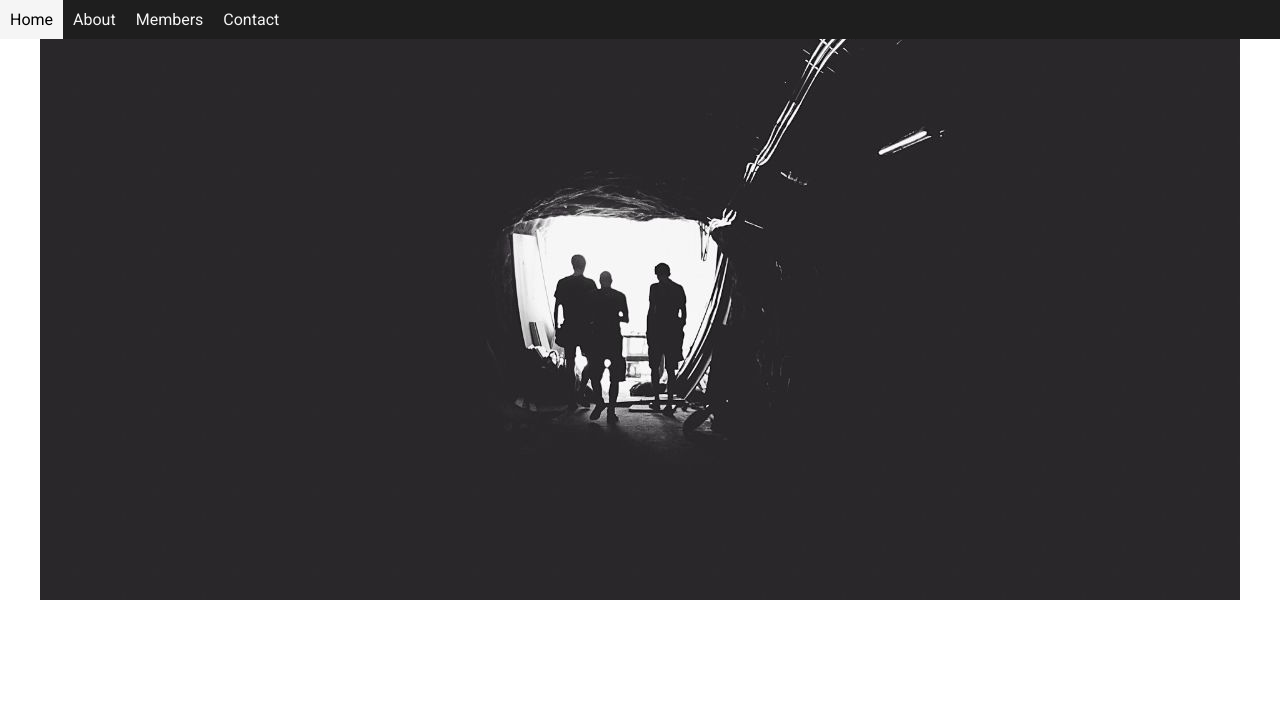
Repository: hieu-22/w3_band_UI
Page: index.html
An editor plug-in stored every save of this project. The page is shown before and after the next save, followed by the edit.
The browser window is 1280 px wide. The pictures show the whole page.

Above is the page before, as saved 2022-12-30 09:15:43.

### index.html
<!DOCTYPE html>
<html lang="en">
<head>
    <meta charset="UTF-8">
    <meta http-equiv="X-UA-Compatible" content="IE=edge">
    <meta name="viewport" content="width=device-width, initial-scale=1.0">
    <title>The band - by w3school</title>
    <link rel="stylesheet" href="assets/css/style.css">
    <link rel="preconnect" href="https://fonts.googleapis.com"><link rel="preconnect" href="https://fonts.gstatic.com" crossorigin><link href="https://fonts.googleapis.com/css2?family=Roboto:wght@100;300;400;500;700&display=swap" rel="stylesheet">
</head>
<body>
    <header class="header">
        <nav class="navigation-bar">
            <ul class="navigation-bar__list">
                <li class="navigation-bar__list-item">
                    Home
                </li>
                <li class="navigation-bar__list-item">
                    About
                </li>
                <li class="navigation-bar__list-item">
                    Members
                </li>
                <li class="navigation-bar__list-item">
                    Contact
                </li>
            </ul>
        </nav>
        <div class="banner"></div>
    </header>

    <main>

    </main>

    <footer>

    </footer>
</body>
</html>

### assets/css/style.css
* {
    box-sizing: border-box;
    padding: 0;
    margin: 0;

}

html {
    font-family: 'Roboto', sans-serif;
    font-size: 16px;
    width: 1200px;
    margin: auto;
}

.header {
    height: 600px;
}

.navigation-bar {
    position: absolute;
    top: 0;
    left: 0;
    width: 100%;
    background-color: rgb(30, 30, 30);
}

.navigation-bar__list {
    display: flex;
    justify-content: flex-start;
    align-items: center;
    border-radius: 2px;
    list-style-type: none;
}

.navigation-bar__list-item {
    padding: 10px;
    color: whitesmoke;
}
.navigation-bar__list-item:hover {
    background-color: whitesmoke;
    color: black;
    cursor: pointer;
}

.banner {
    height: 100%;
    width: auto;
    background-image: url('../img/img_la.jpg');
    background-size: cover;
}

After the next save:
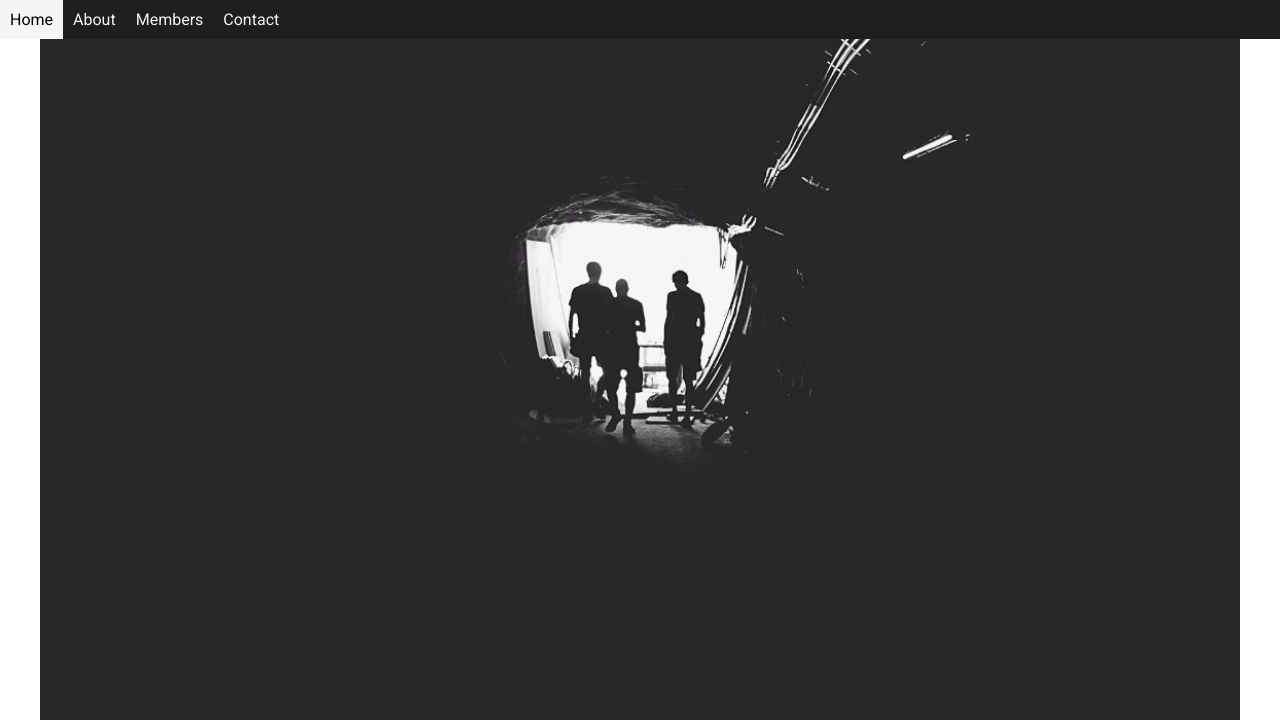
Saved 7 s later.
--- a/assets/css/style.css
+++ b/assets/css/style.css
@@ -13,7 +13,7 @@ html {
 }
 
 .header {
-    height: 600px;
+    height: 720px;
 }
 
 .navigation-bar {
